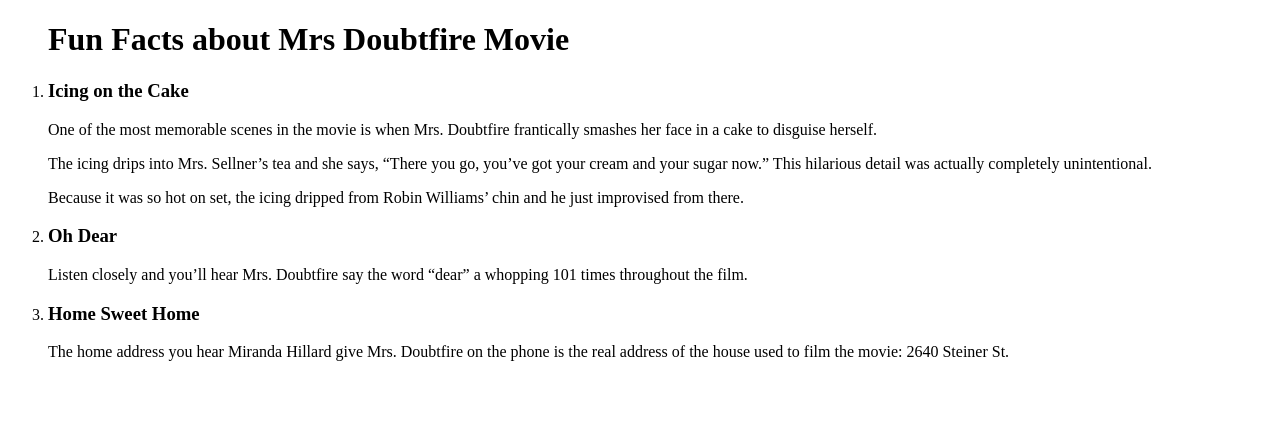
Repository: ItaConnell007/Brainnest-Main-HTML-Project
Page: fun-facts.html
The author's editor kept a copy of each file at every save. The page is drawn from the files as they stood at one save, then again after the next save.
The browser window is 1280 px wide. The pictures show the whole page.

Above is the page before, as saved 2022-08-16 17:53:55.

After the next save:
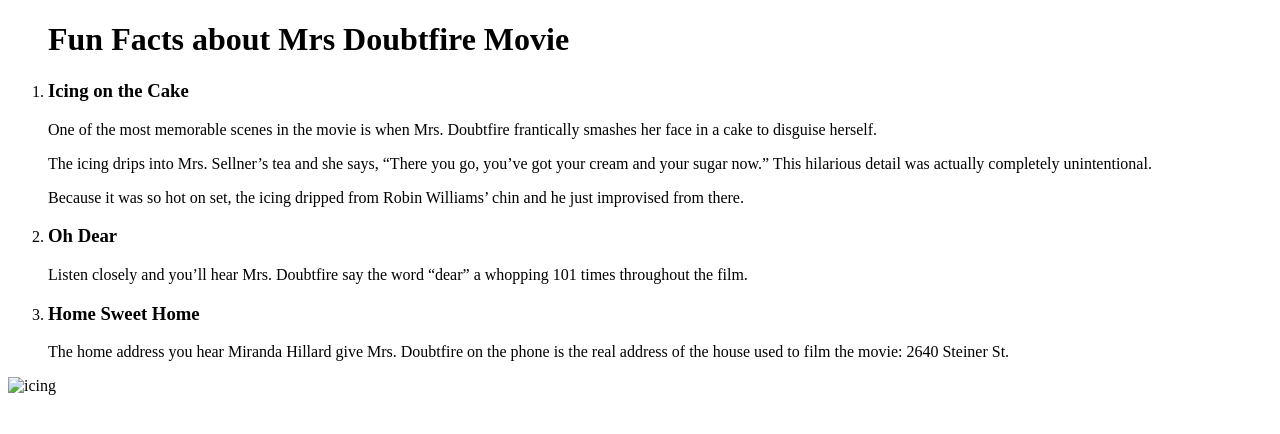
Not found: icing.jpeg
Saved 4 min 13 s later.
--- a/fun-facts.html
+++ b/fun-facts.html
@@ -34,15 +34,17 @@
             <p>Listen closely and you’ll hear Mrs. Doubtfire say the word “dear” a whopping 101 times throughout the
                 film.</p>
 
-     <li>
+        <li>
 
-        <h3>Home Sweet Home</h3>
-        <p>The home address you hear Miranda Hillard give Mrs. Doubtfire on the phone is the real address of the house used to film the movie: 2640 Steiner St.</p>
-     </li>
+            <h3>Home Sweet Home</h3>
+            <p>The home address you hear Miranda Hillard give Mrs. Doubtfire on the phone is the real address of the
+                house used to film the movie: 2640 Steiner St.</p>
+        </li>
+
+    </ol>
 
 
-
-    </ol>
+    <img src="icing.jpeg" alt="icing">
 
 
 

After the save that followed:
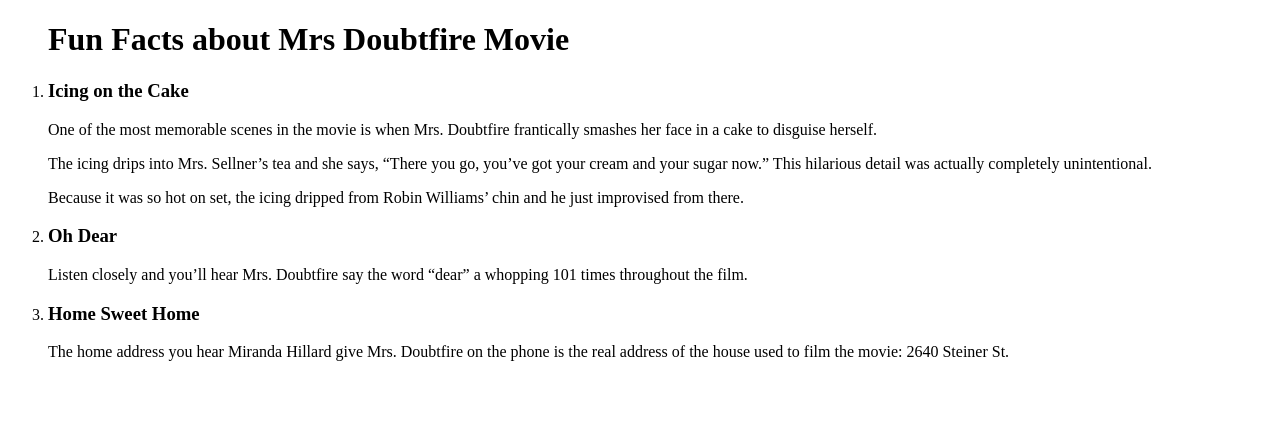
Saved 80 s later.
--- a/fun-facts.html
+++ b/fun-facts.html
@@ -44,8 +44,7 @@
     </ol>
 
 
-    <img src="icing.jpeg" alt="icing">
-
+  <img src="icing.jpeg" alt="">
 
 
 
